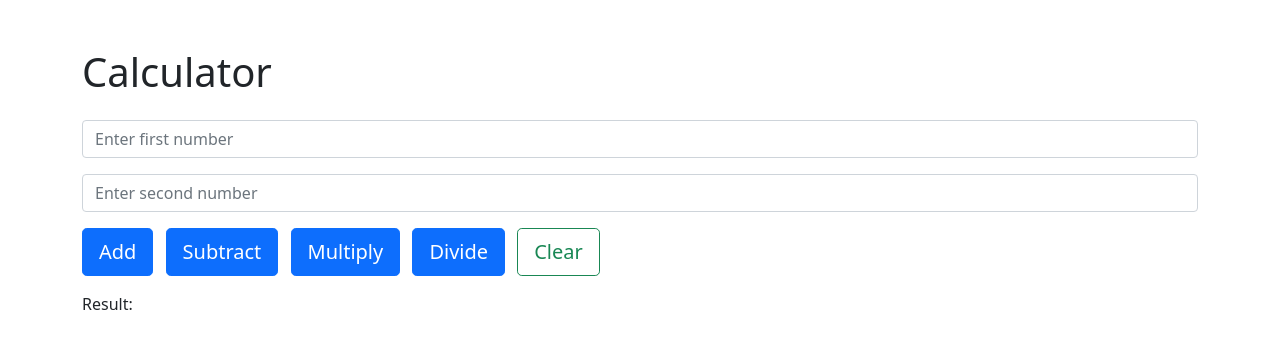
Repository: SHASHIDHAR-as/Spring
Page: spring-jsp-servelets/webapp/Webapp1/src/main/webapp/Calculator.html
An editor plug-in stored every save of this project. The page is shown before and after the next save, followed by the edit.
The browser window is 1280 px wide. The pictures show the whole page.

Above is the page before, as saved 2024-07-31 06:17:10.

After the next save:
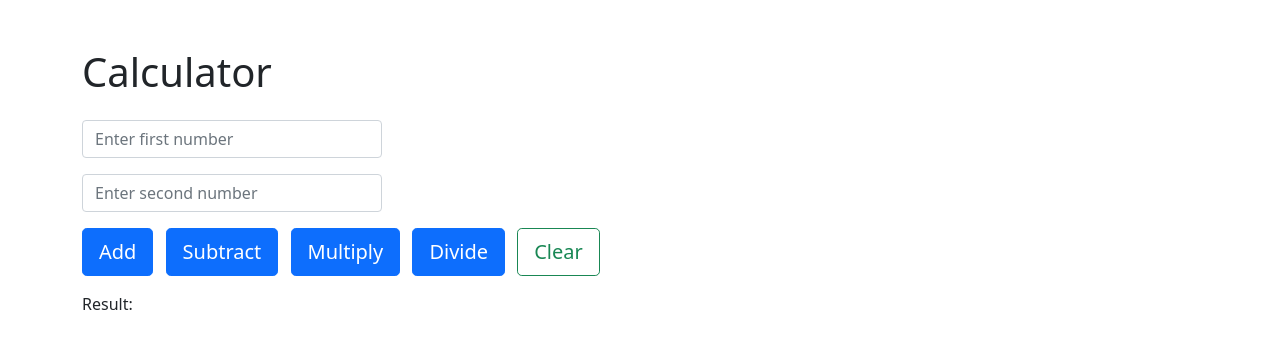
Saved 56 s later.
--- a/spring-jsp-servelets/webapp/Webapp1/src/main/webapp/Calculator.html
+++ b/spring-jsp-servelets/webapp/Webapp1/src/main/webapp/Calculator.html
@@ -5,16 +5,21 @@
 <title>Calculator</title>
  <!-- Bootstrap CSS -->
 <link href="https://cdn.jsdelivr.net/npm/bootstrap@5.0.2/dist/css/bootstrap.min.css" rel="stylesheet" integrity="sha384-EVSTQN3/azprG1Anm3QDgpJLIm9Nao0Yz1ztcQTwFspd3yD65VohhpuuCOmLASjC" crossorigin="anonymous">
+<style>
+    .custom-width {
+        max-width: 300px; /* Adjust the width as needed */
+    }
+</style>
 <script src="Scripts/calcscript.js"></script>
 </head>
 <body>
 	<div class="container mt-5">
 		<h1 class="mb-4">Calculator</h1>
 		<div class="mb-3">
-			<input class="form-control" type="text" id="num1" placeholder="Enter first number">
+			<input class="form-control custom-width" type="text" id="num1" placeholder="Enter first number">
 		</div>
 		<div class="mb-3">
-			<input class="form-control" type="text" id="num2" placeholder="Enter second number">
+			<input class="form-control custom-width" type="text" id="num2" placeholder="Enter second number">
 		</div>
 		<div class="mb-3">
 			<button class="btn btn-lg btn-primary me-2" onclick="calculate('A')">Add</button>
